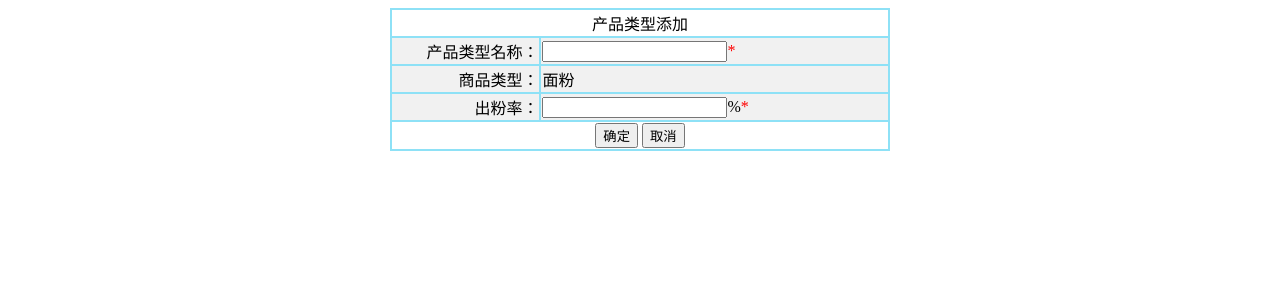
Repository: yuxingyan/OneCrewFlour
Page: http://localhost/Flour/addproduct.jsp
The author's editor kept a copy of each file at every save. The page is drawn from the files as they stood at one save, then again after the next save.
The browser window is 1280 px wide. The pictures show the whole page.
The page is served by Tomcat 9. Nobody is signed in. The application's start-up code is not run. Other server files are loaded and not shown.

Above is the page before, as saved 2018-01-11 07:32:13.

### Flour/WebRoot/addproduct.jsp
<%@ page language="java" import="java.util.*" pageEncoding="utf-8"%>
<%
String path = request.getContextPath();
String basePath = request.getScheme()+"://"+request.getServerName()+":"+request.getServerPort()+path+"/";
%>

<!DOCTYPE HTML PUBLIC "-//W3C//DTD HTML 4.01 Transitional//EN">
<html>
  <head>
    <base href="<%=basePath%>">

    <title>My JSP 'addpruduct.jsp' starting page</title>

	<meta http-equiv="pragma" content="no-cache">
	<meta http-equiv="cache-control" content="no-cache">
	<meta http-equiv="expires" content="0">
	<meta http-equiv="keywords" content="keyword1,keyword2,keyword3">
	<meta http-equiv="description" content="This is my page">
	<!--
	<link rel="stylesheet" type="text/css" href="styles.css">
	-->
  <script type="text/javascript">
   function Check(){

   var n1=document.getElementById("type").value;
   var n2=document.getElementById("note").value;


   var erroring="";

  if(n1==""||n1==null){
  erroring+="无效的产品类型!"+'\n';
  }
  if(n2==""||n1==null){
  erroring+="无效的出粉率!"+'\n';
  }
  if(erroring.length!=0){
  alert(erroring);
  return false;


  }else{
     document.form1.submit();

  }



 }

   </script>
  </head>

  <body>
  <form id="form1"name="form1" action="addproduct">

    <center>
    <table border="1"  cellspacing="0" width="500px"  bordercolor="#8EE1F6">
     <tr><td  style="text-align:center"  colspan="2" >产品类型添加</td></tr>

     <tr>
         <td width="30%"align="right" nowrap="nowrap" bgcolor="#f1f1f1">产品类型名称：</td>
         <td  bgcolor="#f1f1f1"><input name="product.typename" type="text" id="type"/><font color="#ff0000">*</font></td>
     </tr>
     <tr>  <td width="30%" align="right" nowrap="nowrap" bgcolor="#f1f1f1" >商品类型：</td>
           <td bgcolor="#f1f1f1">面粉</td></tr>
      <tr>
      <td width="30%" align="right" nowrap="nowrap" bgcolor="#f1f1f1">出粉率：</td>
      <td  bgcolor="#f1f1f1"><input name="product.note"type="text" id="note"/>%<font color="#ff0000">*</font>
      </td>
      </tr>
      <tr><td align="center" colspan="2" >
      <input type="button" value="确定" onclick="Check();">
      <button type="button">取消</button>
    </td>
    </tr>
    </table>
    </center>
    </form>


  </body>
</html>

After the next save:
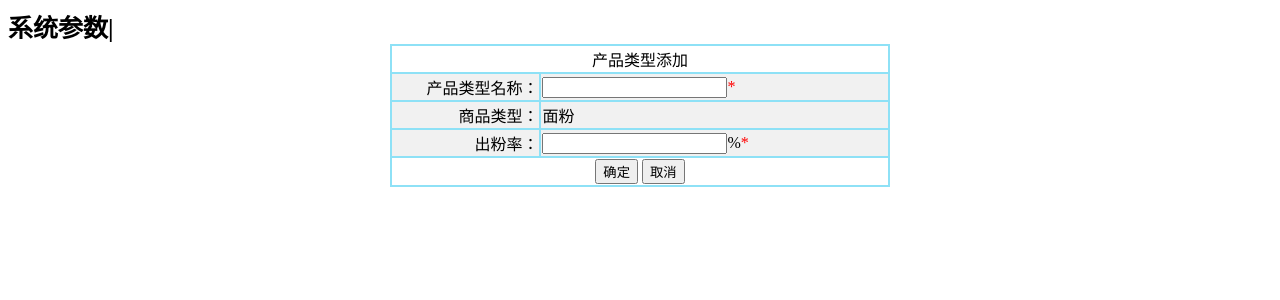
Saved 12 s later.
--- a/Flour/WebRoot/addproduct.jsp
+++ b/Flour/WebRoot/addproduct.jsp
@@ -52,6 +52,7 @@ String basePath = request.getScheme()+"://"+request.getServerName()+":"+request.
   </head>
 
   <body>
+  <strong style="font-size:25px">系统参数|</strong>
   <form id="form1"name="form1" action="addproduct">
 
     <center>
